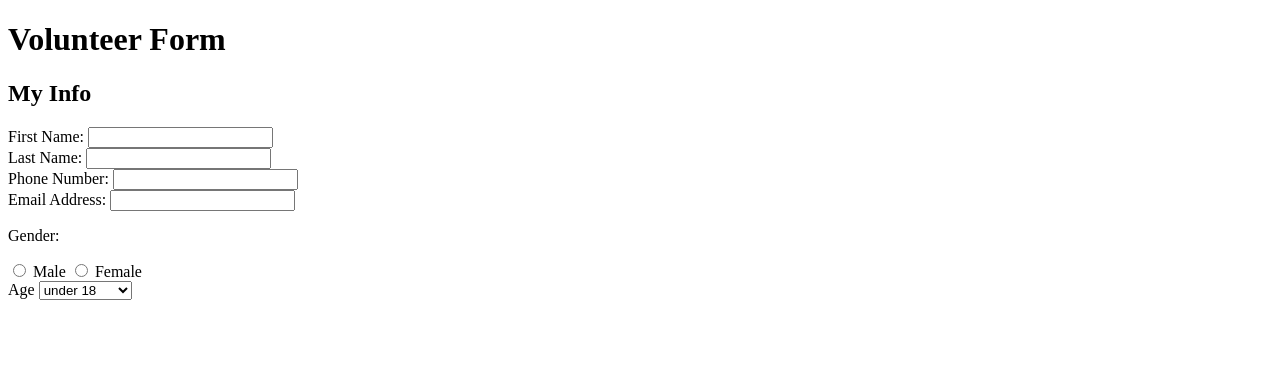
Repository: rishondass/ITMD361-Lab4
Page: index.html
The author's editor kept a copy of each file at every save. The page is drawn from the files as they stood at one save, then again after the next save.
The browser window is 1280 px wide. The pictures show the whole page.

Above is the page before, as saved 2023-01-13 15:01:49.

After the next save:
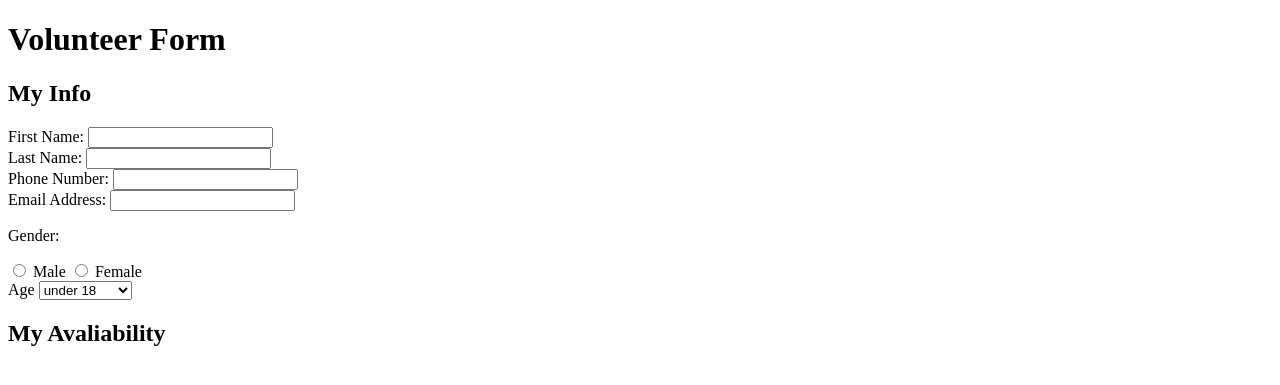
Saved 7 s later.
--- a/index.html
+++ b/index.html
@@ -51,7 +51,7 @@
                 <option value="65 and over">65 and over</option>
             </select>
         </div>
-
+        <h2> My Avaliability </h2>
 
 
 
